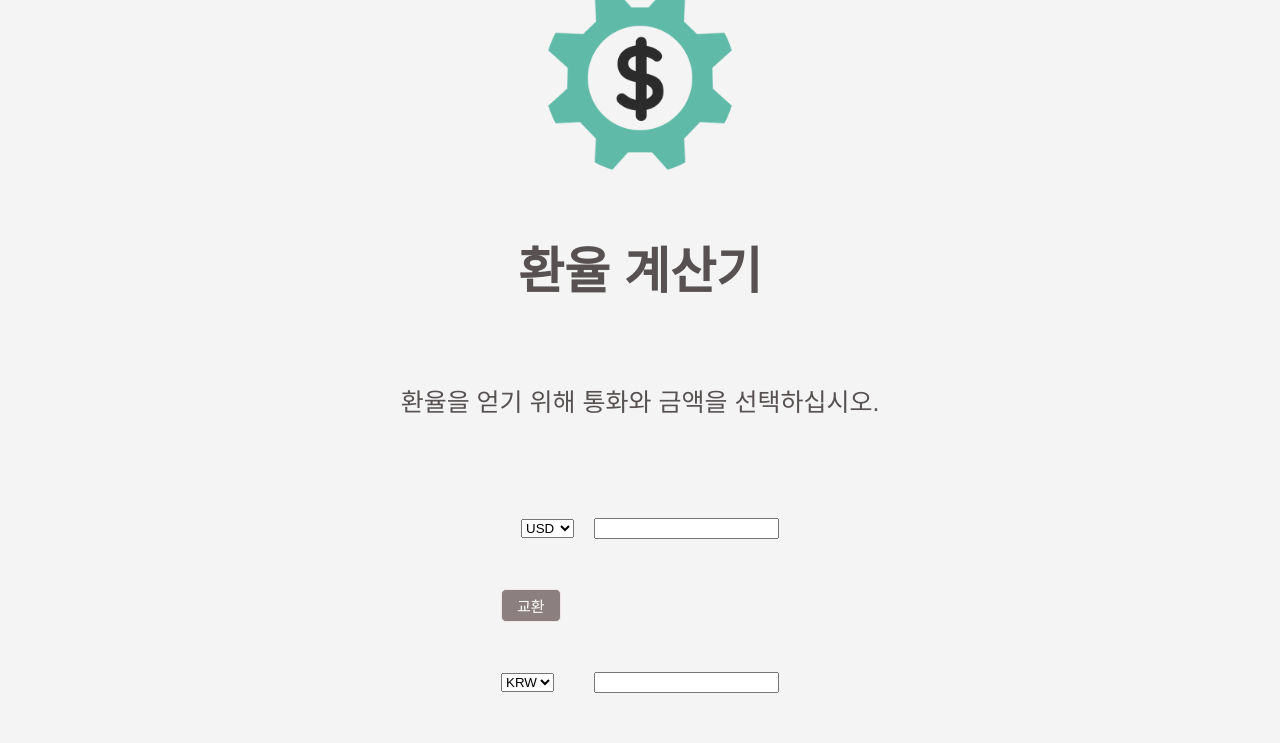
Repository: AbrorjonKuchkarov/exchange-rate
Page: index.html
The author's editor kept a copy of each file at every save. The page is drawn from the files as they stood at one save, then again after the next save.
The browser window is 1280 px wide. The pictures show the whole page.

Above is the page before, as saved 2022-02-24 01:34:49.

### index.html
<!DOCTYPE html>
<html lang="en">
<head>
   <meta charset="UTF-8">
   <meta http-equiv="X-UA-Compatible" content="IE=edge">
   <meta name="viewport" content="width=device-width, initial-scale=1.0">
<link rel="stylesheet" href="style.css">
   <title>환율</title>
</head>
<body>
   <img src="img/money.png" alt="">
   <h1>환율 계산기 </h1>
   <p>환율을 얻기 위해 통화와 금액을 선택하십시오.</p>

   <div class="container">
      <div class="currency">
         <select id="selectOne">
            <option value="AED">AED</option>
            <option value="ARS">ARS</option>
            <option value="AUD">AUD</option>
            <option value="BGN">BGN</option>
            <option value="BRL">BRL</option>
            <option value="BSD">BSD</option>
            <option value="CAD">CAD</option>
            <option value="CHF">CHF</option>
            <option value="CLP">CLP</option>
            <option value="CNY">CNY</option>
            <option value="COP">COP</option>
            <option value="CZK">CZK</option>
            <option value="DKK">DKK</option>
            <option value="DOP">DOP</option>
            <option value="EGP">EGP</option>
            <option value="EUR">EUR</option>
            <option value="FJD">FJD</option>
            <option value="GBP">GBP</option>
            <option value="GTQ">GTQ</option>
            <option value="HKD">HKD</option>
            <option value="HRK">HRK</option>
            <option value="HUF">HUF</option>
            <option value="IDR">IDR</option>
            <option value="ILS">ILS</option>
            <option value="INR">INR</option>
            <option value="ISK">ISK</option>
            <option value="JPY">JPY</option>
            <option value="KRW">KRW</option>
            <option value="KZT">KZT</option>
            <option value="MXN">MXN</option>
            <option value="MYR">MYR</option>
            <option value="NOK">NOK</option>
            <option value="NZD">NZD</option>
            <option value="PAB">PAB</option>
            <option value="PEN">PEN</option>
            <option value="PHP">PHP</option>
            <option value="PKR">PKR</option>
            <option value="PLN">PLN</option>
            <option value="PYG">PYG</option>
            <option value="RON">RON</option>
            <option value="RUB">RUB</option>
            <option value="SAR">SAR</option>
            <option value="SEK">SEK</option>
            <option value="SGD">SGD</option>
            <option value="THB">THB</option>
            <option value="TRY">TRY</option>
            <option value="TWD">TWD</option>
            <option value="UAH">UAH</option>
            <option value="USD" selected>USD</option>
            <option value="UYU">UYU</option>
            <option value="VND">VND</option>
            <option value="ZAR">ZAR</option>
         </select>
         <input type="number" class="inputOne" >
      </div>

      <div class="swap">
         <button class="btn">교환</button>
         <div class="rate"></div>
      </div>

      <div class="currency">
         <select id="selectTwo">
         <option value="AED">AED</option>
         <option value="ARS">ARS</option>
         <option value="AUD">AUD</option>
         <option value="BGN">BGN</option>
         <option value="BRL">BRL</option>
         <option value="BSD">BSD</option>
         <option value="CAD">CAD</option>
         <option value="CHF">CHF</option>
         <option value="CLP">CLP</option>
         <option value="CNY">CNY</option>
         <option value="COP">COP</option>
         <option value="CZK">CZK</option>
         <option value="DKK">DKK</option>
         <option value="DOP">DOP</option>
         <option value="EGP">EGP</option>
         <option value="EUR">EUR</option>
         <option value="FJD">FJD</option>
         <option value="GBP">GBP</option>
         <option value="GTQ">GTQ</option>
         <option value="HKD">HKD</option>
         <option value="HRK">HRK</option>
         <option value="HUF">HUF</option>
         <option value="IDR">IDR</option>
         <option value="ILS">ILS</option>
         <option value="INR">INR</option>
         <option value="ISK">ISK</option>
         <option value="JPY">JPY</option>
         <option value="KRW" selected>KRW</option>
         <option value="KZT">KZT</option>
         <option value="MXN">MXN</option>
         <option value="MYR">MYR</option>
         <option value="NOK">NOK</option>
         <option value="NZD">NZD</option>
         <option value="PAB">PAB</option>
         <option value="PEN">PEN</option>
         <option value="PHP">PHP</option>
         <option value="PKR">PKR</option>
         <option value="PLN">PLN</option>
         <option value="PYG">PYG</option>
         <option value="RON">RON</option>
         <option value="RUB">RUB</option>
         <option value="SAR">SAR</option>
         <option value="SEK">SEK</option>
         <option value="SGD">SGD</option>
         <option value="THB">THB</option>
         <option value="TRY">TRY</option>
         <option value="TWD">TWD</option>
         <option value="UAH">UAH</option>
         <option value="USD">USD</option>
         <option value="UYU">UYU</option>
         <option value="VND">VND</option>
         <option value="ZAR">ZAR</option>
      </select>
      <input type="number" class="inputTwo" >
      </div>
   </div>




   <script src="app.js"></script>
</body>
</html>

### style.css
*{
   box-sizing: border-box;
}

body {
   font-family: Arial, Helvetica, sans-serif;
   margin: 0;
   display: flex;
   flex-direction: column;
   align-items: center;
   justify-content: center;
   height: 100vh;
   background-color: #f4f4f4;
   padding: 10px;
}

img {
   width: 200px;
}

h1{
   font-size: 50px;
   color: #575151;
   padding: 20px 0;
}

p{
   color: #575151;
   font-size: 25px;
   padding-bottom: 25px;
   text-align: center;
}

.btn{
   padding: 5px 15px;
   border-radius: 5px;
   border: 1px solid #f0e6e6;
   background-color: #8b7f7f;
   color: #fff;
   cursor: pointer;
   font-size: 15px;
}

.currency {
   margin: 30px 0;
   padding: 20px 0;
    display: flex;
   align-items: center;
   justify-content: space-between;
}

#selectOne{
   margin: 0 20px;

}

Loaded but not shown: app.js (no copy from this time; the picture is the same without it)

After the next save:
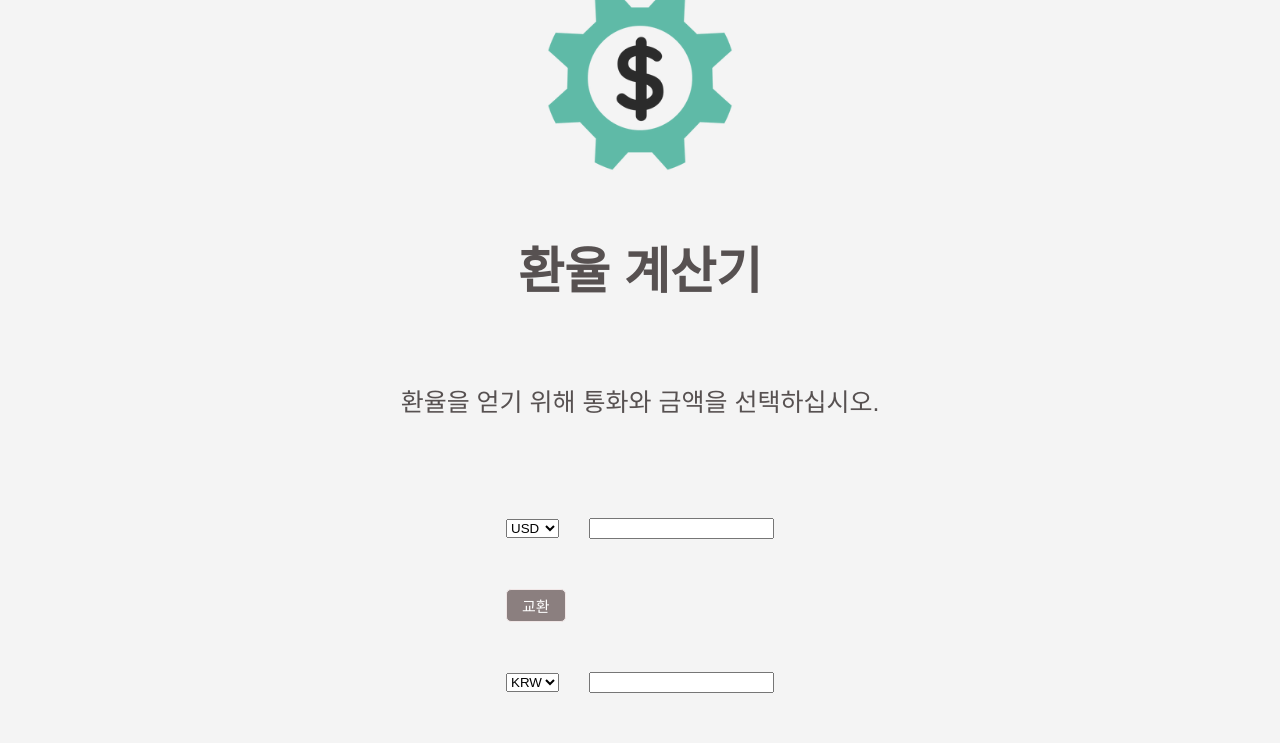
Saved 18 s later.
--- a/style.css
+++ b/style.css
@@ -50,6 +50,6 @@ p{
 }
 
 #selectOne{
-   margin: 0 20px;
+   margin-right: 30px;
 
 }
